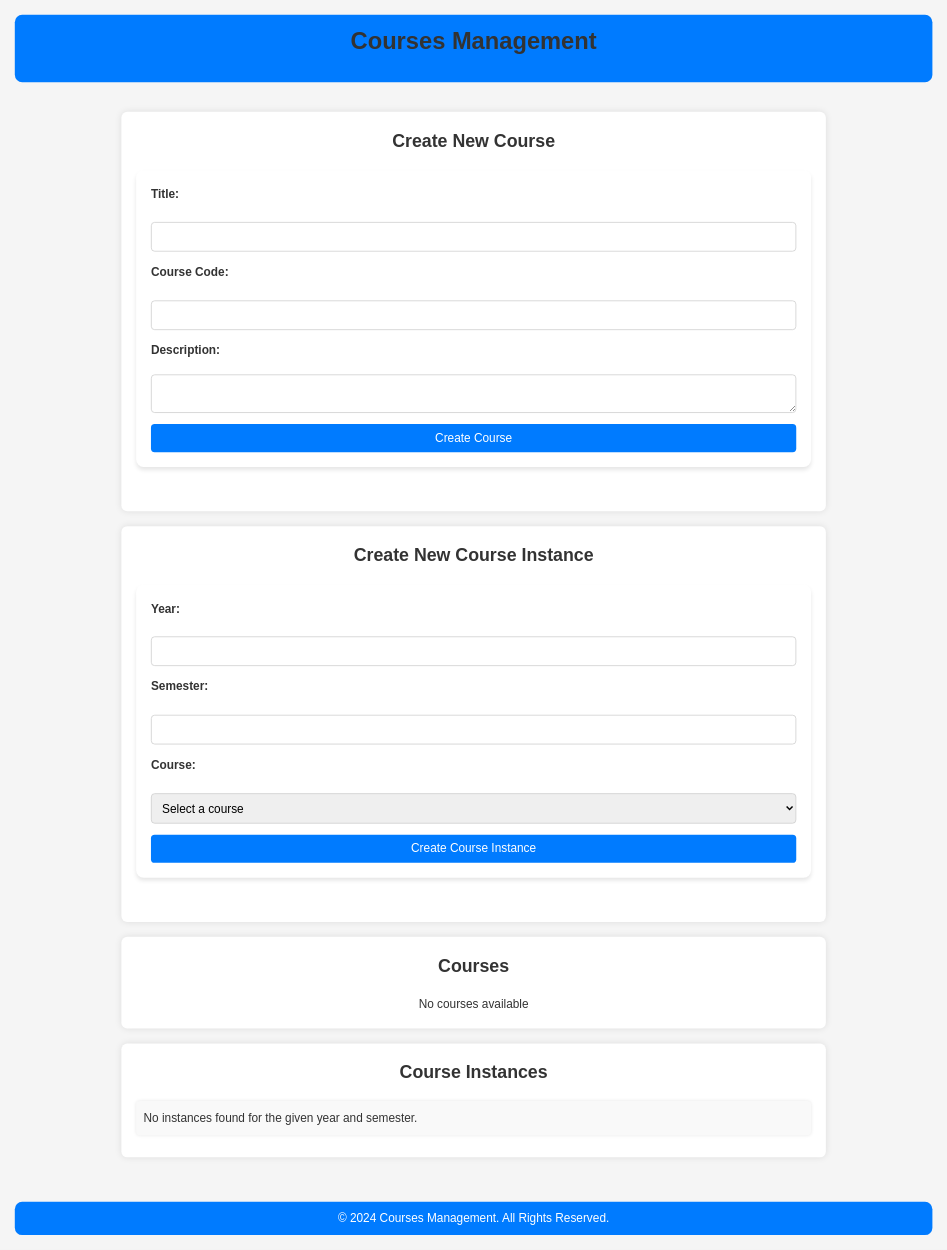
Repository: Rajdeep00-bit/Course_frontend
Page: /
The author's editor kept a copy of each file at every save. The page is drawn from the files as they stood at one save, then again after a run of saves.
The browser window is 1280 px wide. The pictures show the whole page, at 74% of full size.
The page's requests for data from a server got no answer. The project was rebuilt for these pictures with package versions that can differ from the ones it lists, and the page was loaded fresh each time. No one was signed in, and anything a server would have sent is missing. Also part of the build but not shown: src/components/CourseInstanceDetails.js.

Above is the page before, as saved 2024-09-12 09:20:04.

### src/index.js
import React from 'react';
import ReactDOM from 'react-dom/client';
import './index.css';
import App from './App';




const root = ReactDOM.createRoot(document.getElementById('root'));
root.render(
  <React.StrictMode>
    <App />
  </React.StrictMode>
);

### src/index.css
/* Reset some default styles */
* {
  margin: 0;
  padding: 0;
  box-sizing: border-box;
}

body {
  font-family: 'Arial', sans-serif;
  background-color: #f4f4f9;
  color: #333;
  line-height: 1.6;
  padding: 20px;
}

h1, h2, h3, h4, h5, h6 {
  margin-bottom: 20px;
  color: #333;
}

.container {
  max-width: 1200px;
  margin: 0 auto;
  padding: 20px;
}

/* General button styles */
button {
  background-color: #007bff;
  color: white;
  padding: 10px 15px;
  border: none;
  border-radius: 5px;
  cursor: pointer;
  font-size: 16px;
  transition: background-color 0.3s ease;
}

button:hover {
  background-color: #0056b3;
}

/* Form styles */
form {
  background-color: white;
  padding: 20px;
  margin-bottom: 40px;
  border-radius: 10px;
  box-shadow: 0 4px 6px rgba(0, 0, 0, 0.1);
}

form div {
  margin-bottom: 15px;
}

form label {
  display: block;
  margin-bottom: 5px;
  font-weight: bold;
}

form input[type="text"],
form input[type="number"],
form select {
  width: 100%;
  padding: 10px;
  margin-top: 5px;
  border: 1px solid #ccc;
  border-radius: 5px;
  font-size: 16px;
}

/* List styles */
ul {
  list-style: none;
  padding: 0;
}

li {
  background-color: white;
  padding: 15px;
  margin-bottom: 10px;
  border-radius: 10px;
  display: flex;
  justify-content: space-between;
  align-items: center;
  box-shadow: 0 4px 6px rgba(0, 0, 0, 0.1);
}

li button {
  background-color: #dc3545;
}

li button:hover {
  background-color: #c82333;
}

/* Header styles */
header {
  background-color: #007bff;
  color: white;
  padding: 20px;
  text-align: center;
  border-radius: 10px;
  margin-bottom: 40px;
}

/* Course and Course Instance Styles */
.course, .course-instance {
  display: flex;
  justify-content: space-between;
  align-items: center;
  padding: 15px;
  margin-bottom: 10px;
  background-color: white;
  border-radius: 10px;
  box-shadow: 0 4px 6px rgba(0, 0, 0, 0.1);
}

.course-info, .instance-info {
  display: flex;
  flex-direction: column;
}

.course-info h3, .instance-info h3 {
  margin-bottom: 5px;
}

/* Footer */
footer {
  text-align: center;
  padding: 20px;
  margin-top: 40px;
  background-color: #007bff;
  color: white;
  border-radius: 10px;
}

### src/App.js
import React, { useEffect, useState } from 'react';
import './App.css';
import CourseForm from './components/CourseForm';
import CourseInstanceForm from './components/CourseInstanceForm';
import CourseInstanceList from './components/CourseInstanceList';
import CourseList from './components/CourseList';
import CourseInstanceDetails from './components/CourseInstanceDetails';

function App() {
  const [courses, setCourses] = useState([]);
  const [instances, setInstances] = useState([]);
  const [year, setYear] = useState('');  // Initialize as string
  const [semester, setSemester] = useState('');  // Initialize as string
  const [selectedInstance, setSelectedInstance] = useState(null);

  // Fetch all courses
  const fetchCourses = () => {
    fetch('http://127.0.0.1:8000/api/courses/')
      .then((response) => {
        if (!response.ok) {
          throw new Error(`Error: ${response.status} ${response.statusText}`);
        }
        return response.json();
      })
      .then((data) => {
        setCourses(data);
      })
      .catch((error) => {
        console.error('Error fetching courses:', error);
        alert(`Failed to fetch courses: ${error.message}`);
      });
  };


  // Fetch course instances based on year and semester
  const fetchInstances = () => {
    if (!year || !semester) return;

    fetch(`http://127.0.0.1:8000/api/instances/${year}/${semester}/`)
      .then((response) => {
        if (!response.ok) {
          throw new Error(`Error: ${response.status} ${response.statusText}`);
        }
        return response.json();
      })
      .then((data) => setInstances(data))
      .catch((error) => {
        console.error('Error fetching instances:', error);
        alert(`Failed to fetch instances: ${error.message}`);
      });
  };

  // Handle course creation
  const handleCourseCreated = (newCourse) => {
    // Append the newly created course to the existing courses array
    setCourses((prevCourses) => [...prevCourses, newCourse]);
  };

  // Handle course instance creation
  const handleInstanceCreated = () => {
    fetchInstances();  // Refresh the list after a new instance is created
  };

  // Define the deleteInstance function
  const deleteInstance = (id) => {
    if (!window.confirm("Are you sure you want to delete this course instance?")) {
      return;
    }

    fetch(`http://127.0.0.1:8000/api/instances/${id}/`, {
      method: 'DELETE',
    })
      .then((response) => {
        if (!response.ok) {
          throw new Error(`Error: ${response.status} ${response.statusText}`);
        }
        const updatedInstances = instances.filter((instance) => instance.id !== id);
        setInstances(updatedInstances);
        alert("Instance deleted successfully.");
      })
      .catch((error) => {
        console.error('Error deleting instance:', error);
        alert(`Failed to delete the instance: ${error.message}`);
      });
  };

  // Fetch courses on component mount
  useEffect(() => {
    fetchCourses();
  }, []);  // Fetch courses once on mount

  // Re-fetch instances whenever year/semester changes
  useEffect(() => {
    fetchInstances();
  }, [year, semester]);

  return (
    <div className="App">
      <header className="header">
        <h1>Courses Management</h1>
      </header>

      <div className="container">
        {/* Section for Creating a New Course */}
        <section className="section">
          <h2>Create New Course</h2>
          <CourseForm onCourseCreated={handleCourseCreated} />
        </section>

        {/* Section for Creating a New Course Instance */}
        <section className="section">
          <h2>Create New Course Instance</h2>
          <CourseInstanceForm
            onInstanceCreated={handleInstanceCreated}
            year={year}
            semester={semester}
            setYear={setYear}
            setSemester={setSemester}
          />
        </section>

        {/* Section for Displaying the List of Courses */}
        <section className="section">
          <h2>Courses</h2>
          <CourseList courses={courses} fetchCourses={fetchCourses} />
        </section>

        {/* Section for Displaying the List of Course Instances */}
        <section className="section">
          <h2>Course Instances</h2>
          <CourseInstanceList
            instances={instances}
            fetchInstances={fetchInstances}
            year={year}
            semester={semester}
          />
        </section>

        {/* Section for Displaying Selected Course Instance Details */}
        {selectedInstance && (
          <section className="section">
            <h2>Course Instance Details</h2>
            <CourseInstanceDetails instance={selectedInstance} />
            <button onClick={() => deleteInstance(selectedInstance.id)}>Delete Instance</button>
          </section>
        )}
      </div>

      <footer className="footer">
        <p>&copy; 2024 Courses Management. All Rights Reserved.</p>
      </footer>
    </div>
  );
}

export default App;

### src/App.css
body {
  margin: 0;
  font-family: Arial, sans-serif;
  background-color: #f5f5f5;
}

.App {
  text-align: center;
}

.header {
  background-color: #007bff;
  color: white;
  padding: 10px 0;
  margin-bottom: 20px;
}

.container {
  width: 80%;
  margin: 0 auto;
}

.section {
  background-color: white;
  padding: 20px;
  margin-bottom: 20px;
  box-shadow: 0px 0px 10px rgba(0, 0, 0, 0.1);
  border-radius: 8px;
}

.form {
  display: flex;
  flex-direction: column;
  gap: 15px;
}

.form label {
  font-weight: bold;
  text-align: left;
}

.form input, .form textarea, .form select {
  padding: 10px;
  border-radius: 5px;
  border: 1px solid #ccc;
}

.form button {
  padding: 10px;
  background-color: #007bff;
  color: white;
  border: none;
  border-radius: 5px;
  cursor: pointer;
}

.form button:hover {
  background-color: #0056b3;
}

ul {
  list-style-type: none;
  padding: 0;
}

ul li {
  background-color: #f9f9f9;
  margin: 10px 0;
  padding: 10px;
  border-radius: 5px;
  box-shadow: 0px 0px 5px rgba(0, 0, 0, 0.1);
}

ul li button {
  margin-left: 10px;
}

.course-details, .instance-details {
  margin-top: 20px;
  text-align: left;
}

.footer {
  background-color: #007bff;
  color: white;
  padding: 10px 0;
  margin-top: 20px;
}
.course-details {
  margin-top: 20px;
  padding: 15px;
  border: 1px solid #ddd;
  background-color: #f9f9f9;
}
.course-details h3 {
  margin-bottom: 10px;
}

### src/components/CourseForm.js
import React, { useState } from 'react';

function CourseForm({ onCourseCreated }) {
  const [title, setTitle] = useState('');
  const [courseCode, setCourseCode] = useState('');
  const [description, setDescription] = useState('');

  const handleSubmit = (event) => {
    event.preventDefault();

    const course = {
      title: title,
      course_code: courseCode,
      description: description,
    };

    fetch('http://127.0.0.1:8000/api/courses/', {
      method: 'POST',
      headers: {
        'Content-Type': 'application/json',
      },
      body: JSON.stringify(course),
    })
      .then((response) => {
        if (!response.ok) {
          throw new Error(`Error: ${response.status} ${response.statusText}`);
        }
        return response.json();
      })
      .then((data) => {
        // Clear form fields
        setTitle('');
        setCourseCode('');
        setDescription('');

        // Call the onCourseCreated prop to fetch the updated course list
        if (onCourseCreated) {
          onCourseCreated();
        }
      })
      .catch((error) => {
        console.error('Error creating course:', error);
      });
  };

  return (
    <form className="form" onSubmit={handleSubmit}>
      <label>Title:</label>
      <input
        type="text"
        value={title}
        onChange={(e) => setTitle(e.target.value)}
        required
      />

      <label>Course Code:</label>
      <input
        type="text"
        value={courseCode}
        onChange={(e) => setCourseCode(e.target.value)}
        required
      />

      <label>Description:</label>
      <textarea
        value={description}
        onChange={(e) => setDescription(e.target.value)}
        required
      />

      <button type="submit">Create Course</button>
    </form>
  );
}

export default CourseForm;

### src/components/CourseInstanceForm.js
// CourseInstanceForm.js
import React, { useState, useEffect } from 'react';

function CourseInstanceForm({ onInstanceCreated, year, semester, setYear, setSemester, fetchNewCourse, setFetchNewCourse }) {
  const [courseId, setCourseId] = useState('');
  const [courses, setCourses] = useState([]);

  // Fetch courses
  useEffect(() => {
    fetch('http://127.0.0.1:8000/api/courses/')
      .then((response) => response.json())
      .then((data) => setCourses(data))
      .catch((error) => console.error('Error fetching courses:', error));
  }, [fetchNewCourse]);

  const handleSubmit = (event) => {
    event.preventDefault();

    const courseInstance = {
      course: courseId,
      year: year,
      semester: semester
    };

    fetch('http://127.0.0.1:8000/api/instances/', {
      method: 'POST',
      headers: {
        'Content-Type': 'application/json'
      },
      body: JSON.stringify(courseInstance)
    })
      .then(response => response.json())
      .then(() => {
        // Clear the form
        setCourseId('');
        setYear('');
        setSemester('');
        onInstanceCreated();  // Trigger refresh of instances
      })
      .catch(error => console.error('Error creating course instance:', error));
  };

  return (
    <form className="form" onSubmit={handleSubmit}>
      <label>Year:</label>
      <input
        type="text"
        value={year}
        onChange={(e) => setYear(e.target.value)}
        required
      />

      <label>Semester:</label>
      <input
        type="text"
        value={semester}
        onChange={(e) => setSemester(e.target.value)}
        required
      />

      <label>Course:</label>
      <select value={courseId} onChange={(e) => setCourseId(e.target.value)} required>
        <option value="">Select a course</option>
        {courses.map((course) => (
          <option key={course.id} value={course.id}>{course.title}</option>
        ))}
      </select>

      <button type="submit">Create Course Instance</button>
    </form>
  );
}

export default CourseInstanceForm;

### src/components/CourseInstanceList.js
import React, { useEffect, useState } from 'react';

function CourseInstanceList({ instances, setInstances, year, semester }) {
  const [selectedInstance, setSelectedInstance] = useState(null);  // Ensure this is inside the component

  const handleInstanceCreated = () => {
    fetchInstances();  // Refresh the list after a new instance is created
  };

  // Fetch instance details (for display or debugging)
  const viewInstanceDetails = (id) => {
    if (!year || !semester) {
      alert("Year and semester must be set to fetch instance details.");
      return;
    }

    fetch(`http://127.0.0.1:8000/api/instances/${year}/${semester}/${id}/`)
      .then((response) => {
        if (!response.ok) {
          throw new Error(`Failed to fetch instance details: ${response.status}`);
        }
        return response.json();
      })
      .then((data) => setSelectedInstance(data))  // Set selected instance for viewing
      .catch((error) => {
        console.error("Error fetching instance details:", error);
        alert("Failed to fetch instance details. Make sure the instance exists.");
      });
  };

  // Function to delete the instance
  const deleteInstance = (id) => {
    if (!window.confirm("Are you sure you want to delete this course instance?")) {
      return;
    }

    fetch(`http://127.0.0.1:8000/api/instances/${id}/`, {  // Ensure trailing slash
      method: 'DELETE',
    })
      .then((response) => {
        if (response.ok) {
          const updatedInstances = instances.filter((instance) => instance.id !== id);
          setInstances(updatedInstances);  // Update state
          alert("Instance deleted successfully.");
        } else {
          return response.json().then((err) => Promise.reject(err));
        }
      })
      .catch((error) => {
        console.error("Error deleting instance:", error);
        alert("Failed to delete the instance. Please try again.");
      });
  };

  // Fetch all course instances when component mounts
  useEffect(() => {
    fetchInstances();
  }, [year, semester]);

  const fetchInstances = () => {
    if (!year || !semester) return;  // Prevent fetching if year or semester is not set
    fetch(`http://127.0.0.1:8000/api/instances/${year}/${semester}`)
      .then((response) => response.json())
      .then((data) => setInstances(data))
      .catch((error) => {
        console.error('Error fetching instances:', error);
      });
  };

  return (
    <div>
      <ul>
        {instances.length === 0 ? (
          <li>No instances found for the given year and semester.</li>
        ) : (
          instances.map((instance) => (
            <li key={instance.id}>
              {instance.course.title} - {instance.year}/{instance.semester}
              <button onClick={() => viewInstanceDetails(instance.id)}>View Details</button>
              <button onClick={() => deleteInstance(instance.id)}>Delete</button>
            </li>
          ))
        )}
      </ul>
    </div>
  );
}

// Move the export to the end of the file, at the top level, not inside any code blocks
export default CourseInstanceList;

Loaded but not shown: src/components/CourseList.js (198 lines, source omitted)

After the next 2 saves:
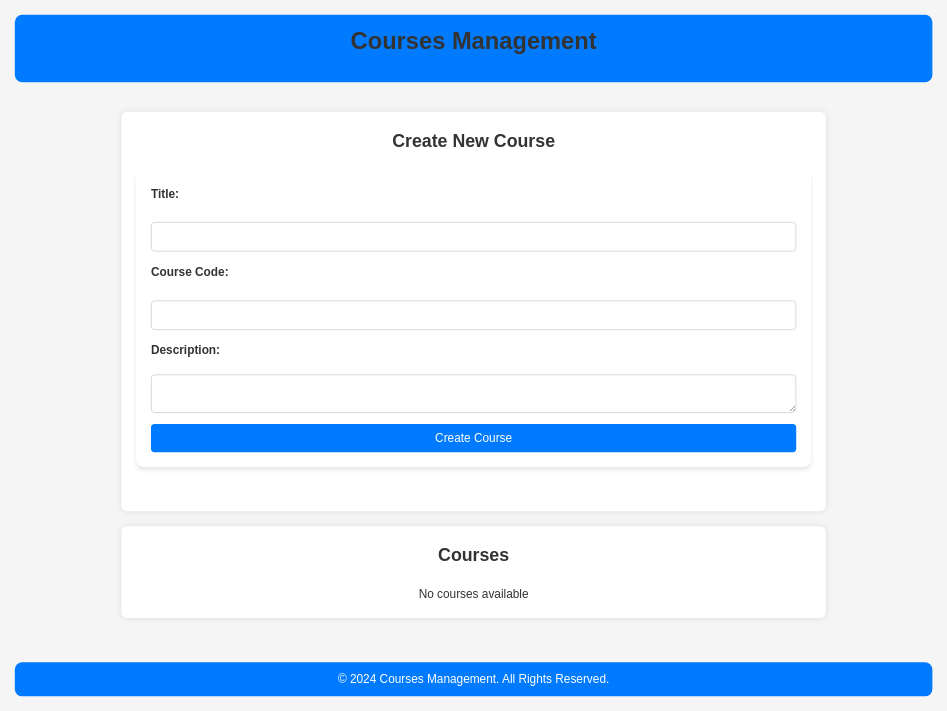
The 2 saves are shown as one change because 1 did not build or start.
The last was saved 44 s later.
--- a/src/App.js
+++ b/src/App.js
@@ -8,12 +8,7 @@ import CourseInstanceDetails from './components/CourseInstanceDetails';
 
 function App() {
   const [courses, setCourses] = useState([]);
-  const [instances, setInstances] = useState([]);
-  const [year, setYear] = useState('');  // Initialize as string
-  const [semester, setSemester] = useState('');  // Initialize as string
-  const [selectedInstance, setSelectedInstance] = useState(null);
 
-  // Fetch all courses
   const fetchCourses = () => {
     fetch('http://127.0.0.1:8000/api/courses/')
       .then((response) => {
@@ -31,68 +26,14 @@ function App() {
       });
   };
 
-
-  // Fetch course instances based on year and semester
-  const fetchInstances = () => {
-    if (!year || !semester) return;
-
-    fetch(`http://127.0.0.1:8000/api/instances/${year}/${semester}/`)
-      .then((response) => {
-        if (!response.ok) {
-          throw new Error(`Error: ${response.status} ${response.statusText}`);
-        }
-        return response.json();
-      })
-      .then((data) => setInstances(data))
-      .catch((error) => {
-        console.error('Error fetching instances:', error);
-        alert(`Failed to fetch instances: ${error.message}`);
-      });
-  };
-
-  // Handle course creation
   const handleCourseCreated = (newCourse) => {
-    // Append the newly created course to the existing courses array
+    console.log('New course created:', newCourse);  // Debug log
     setCourses((prevCourses) => [...prevCourses, newCourse]);
   };
 
-  // Handle course instance creation
-  const handleInstanceCreated = () => {
-    fetchInstances();  // Refresh the list after a new instance is created
-  };
-
-  // Define the deleteInstance function
-  const deleteInstance = (id) => {
-    if (!window.confirm("Are you sure you want to delete this course instance?")) {
-      return;
-    }
-
-    fetch(`http://127.0.0.1:8000/api/instances/${id}/`, {
-      method: 'DELETE',
-    })
-      .then((response) => {
-        if (!response.ok) {
-          throw new Error(`Error: ${response.status} ${response.statusText}`);
-        }
-        const updatedInstances = instances.filter((instance) => instance.id !== id);
-        setInstances(updatedInstances);
-        alert("Instance deleted successfully.");
-      })
-      .catch((error) => {
-        console.error('Error deleting instance:', error);
-        alert(`Failed to delete the instance: ${error.message}`);
-      });
-  };
-
-  // Fetch courses on component mount
   useEffect(() => {
     fetchCourses();
   }, []);  // Fetch courses once on mount
-
-  // Re-fetch instances whenever year/semester changes
-  useEffect(() => {
-    fetchInstances();
-  }, [year, semester]);
 
   return (
     <div className="App">
@@ -101,49 +42,15 @@ function App() {
       </header>
 
       <div className="container">
-        {/* Section for Creating a New Course */}
         <section className="section">
           <h2>Create New Course</h2>
           <CourseForm onCourseCreated={handleCourseCreated} />
         </section>
 
-        {/* Section for Creating a New Course Instance */}
-        <section className="section">
-          <h2>Create New Course Instance</h2>
-          <CourseInstanceForm
-            onInstanceCreated={handleInstanceCreated}
-            year={year}
-            semester={semester}
-            setYear={setYear}
-            setSemester={setSemester}
-          />
-        </section>
-
-        {/* Section for Displaying the List of Courses */}
         <section className="section">
           <h2>Courses</h2>
-          <CourseList courses={courses} fetchCourses={fetchCourses} />
+          <CourseList courses={courses} />
         </section>
-
-        {/* Section for Displaying the List of Course Instances */}
-        <section className="section">
-          <h2>Course Instances</h2>
-          <CourseInstanceList
-            instances={instances}
-            fetchInstances={fetchInstances}
-            year={year}
-            semester={semester}
-          />
-        </section>
-
-        {/* Section for Displaying Selected Course Instance Details */}
-        {selectedInstance && (
-          <section className="section">
-            <h2>Course Instance Details</h2>
-            <CourseInstanceDetails instance={selectedInstance} />
-            <button onClick={() => deleteInstance(selectedInstance.id)}>Delete Instance</button>
-          </section>
-        )}
       </div>
 
       <footer className="footer">
